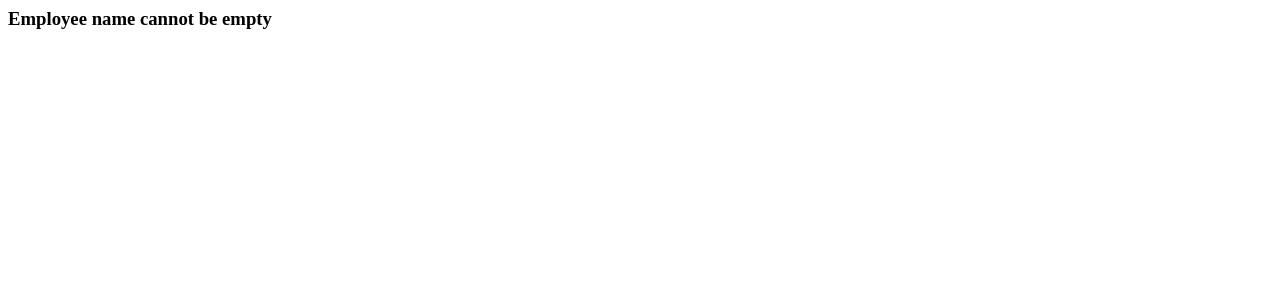
Repository: Rahul-Yadav-72/JAVA-ADVANCE
Page: http://localhost/JDBC__DB/insert
These files come from the project's save history. The page is drawn as it stood at one moment and after the next save; the edit follows.
The browser window is 1280 px wide. The pictures show the whole page.
The page is served by Tomcat 10. Other server files are loaded and not shown.

Above is the page before, as saved 2025-12-31 05:01:35.

### JDBC__DB/src/main/java/insert/insert.java
package insert;

import jakarta.servlet.ServletException;
import jakarta.servlet.annotation.WebServlet;
import jakarta.servlet.http.HttpServlet;
import jakarta.servlet.http.HttpServletRequest;
import jakarta.servlet.http.HttpServletResponse;
import java.io.IOException;
import java.io.PrintWriter;
import java.sql.Connection;
import java.sql.DriverManager;
import java.sql.PreparedStatement;

@WebServlet("/insert")
public class insert extends HttpServlet {

    protected void doGet(HttpServletRequest request, HttpServletResponse response)
            throws ServletException, IOException {

        response.setContentType("text/html");
        PrintWriter pw = response.getWriter();

        String name = request.getParameter("empname");
        String mobile = request.getParameter("mobileno");

        // ✅ NULL / EMPTY CHECK (IMPORTANT)
        if (name == null || name.trim().isEmpty()) {
            pw.println("<h3>Employee name cannot be empty</h3>");
            return;
        }

        try {
            Class.forName("com.mysql.cj.jdbc.Driver");

            Connection con = DriverManager.getConnection(
                    "jdbc:mysql://localhost:3306/employee",
                    "root",
                    ""
            );

            PreparedStatement ps = con.prepareStatement(
                    "INSERT INTO empdata(empname, mobileno) VALUES (?, ?)");

            ps.setString(1, name.trim());
            ps.setString(2, mobile.trim());

            int count = ps.executeUpdate();

            if (count > 0) {
                pw.println("<h2>Data inserted successfully</h2>");
            } else {
                pw.println("<h2>Data not inserted</h2>");
            }

            ps.close();
            con.close();

        } catch (Exception e) {
            pw.println("Error: " + e);
        }
    }

    // ✅ 405 ERROR FIX
    protected void doPost(HttpServletRequest request, HttpServletResponse response)
            throws ServletException, IOException {
        doGet(request, response);
    }
}

After the next save:
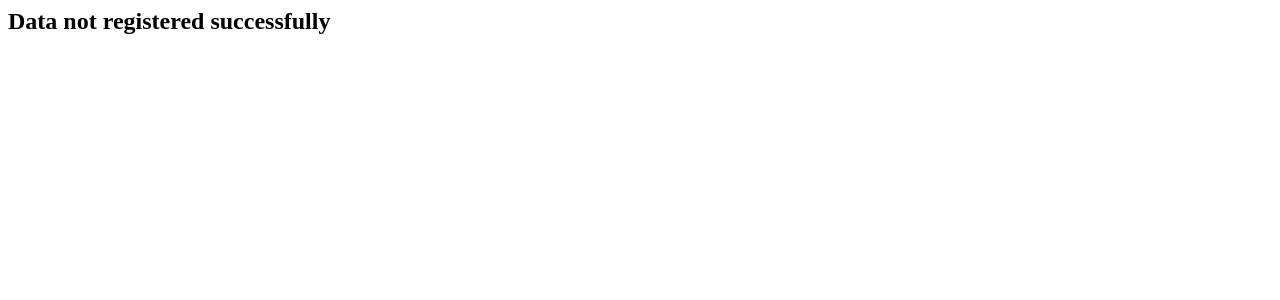
Saved 4 min 34 s later.
--- a/JDBC__DB/src/main/java/insert/insert.java
+++ b/JDBC__DB/src/main/java/insert/insert.java
@@ -10,59 +10,74 @@ import java.io.PrintWriter;
 import java.sql.Connection;
 import java.sql.DriverManager;
 import java.sql.PreparedStatement;
+import java.sql.SQLException;
 
+/**
+ * Servlet implementation class insert
+ */
 @WebServlet("/insert")
 public class insert extends HttpServlet {
+	private static final long serialVersionUID = 1L;
 
-    protected void doGet(HttpServletRequest request, HttpServletResponse response)
-            throws ServletException, IOException {
-
-        response.setContentType("text/html");
-        PrintWriter pw = response.getWriter();
-
-        String name = request.getParameter("empname");
-        String mobile = request.getParameter("mobileno");
-
-        // ✅ NULL / EMPTY CHECK (IMPORTANT)
-        if (name == null || name.trim().isEmpty()) {
-            pw.println("<h3>Employee name cannot be empty</h3>");
-            return;
-        }
-
-        try {
-            Class.forName("com.mysql.cj.jdbc.Driver");
-
-            Connection con = DriverManager.getConnection(
-                    "jdbc:mysql://localhost:3306/employee",
-                    "root",
-                    ""
-            );
-
-            PreparedStatement ps = con.prepareStatement(
-                    "INSERT INTO empdata(empname, mobileno) VALUES (?, ?)");
-
-            ps.setString(1, name.trim());
-            ps.setString(2, mobile.trim());
-
-            int count = ps.executeUpdate();
-
-            if (count > 0) {
-                pw.println("<h2>Data inserted successfully</h2>");
-            } else {
-                pw.println("<h2>Data not inserted</h2>");
-            }
-
-            ps.close();
-            con.close();
-
-        } catch (Exception e) {
-            pw.println("Error: " + e);
-        }
+    /**
+     * @see HttpServlet#HttpServlet()
+     */
+    public insert() {
+        super();
+        // TODO Auto-generated constructor stub
     }
 
-    // ✅ 405 ERROR FIX
-    protected void doPost(HttpServletRequest request, HttpServletResponse response)
-            throws ServletException, IOException {
-        doGet(request, response);
-    }
+	/**
+	 * @see HttpServlet#doGet(HttpServletRequest request, HttpServletResponse response)
+	 */
+	protected void doGet(HttpServletRequest request, HttpServletResponse response) throws ServletException, IOException {
+		// TODO Auto-generated method stub
+		//response.getWriter().append("Served at: ").append(request.getContextPath());
+		response.setContentType("text/html");
+		PrintWriter pw = response.getWriter();
+		String name = request.getParameter("empname");
+		String mobile = request.getParameter("mobileno");
+
+		try {
+			// load driver
+			Class.forName("com.mysql.cj.jdbc.Driver");
+
+			// Connection establish
+			Connection con = DriverManager.getConnection("jdbc:mysql://localhost:3306/employee","root","");
+
+			//create statement using PreparedStatment
+
+			PreparedStatement ps = con.prepareStatement("insert into empdata (empname,mobileno) values (?,?)");
+
+			ps.setString(1, name);
+			ps.setString(2, mobile);
+
+			int count = ps.executeUpdate();
+
+			if(count == 1) {
+				pw.println("<h2> insert data  successfully </h2>");
+
+			} else {
+				pw.println("<h2> Data not registered successfully </h2>");
+
+			}
+		}
+		catch(SQLException e) {
+			pw.println("Exception Erro "+e);
+
+		}
+		catch(ClassNotFoundException e) {
+			e.printStackTrace();
+		}
+
+	}
+
+//	/**
+//	 * @see HttpServlet#doPost(HttpServletRequest request, HttpServletResponse response)
+//	 */
+//	protected void doPost(HttpServletRequest request, HttpServletResponse response) throws ServletException, IOException {
+//		// TODO Auto-generated method stub
+//		doGet(request, response);
+//	}
+
 }
